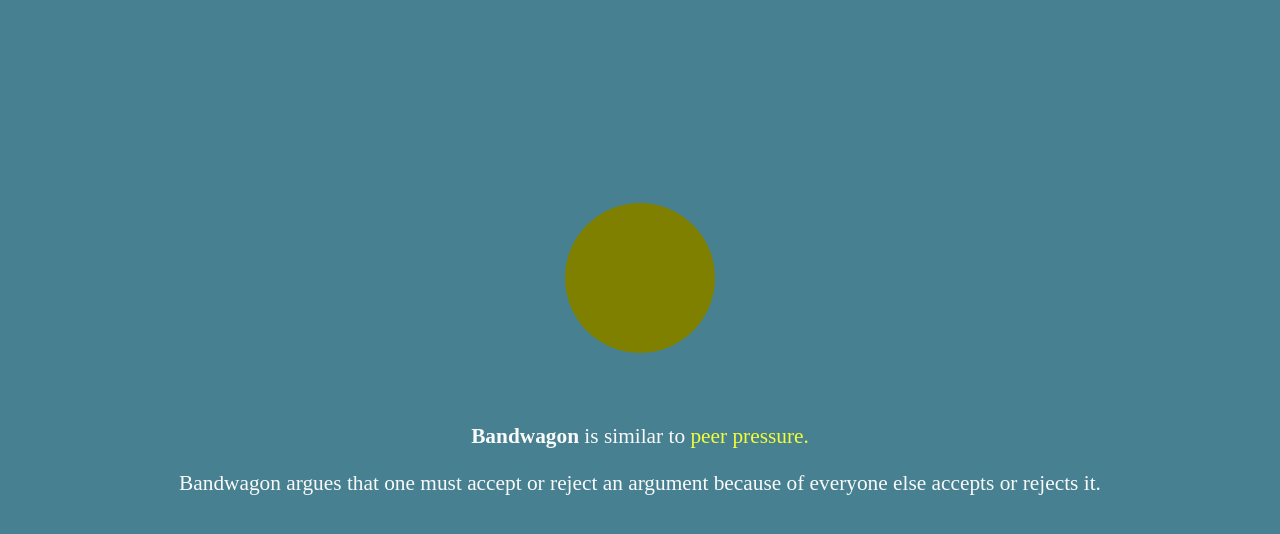
Repository: cindyvunguyen/fallacy
Page: index.html
The author's editor kept a copy of each file at every save. The page is drawn from the files as they stood at one save, then again after the next save.
The browser window is 1280 px wide. The pictures show the whole page.
Some web fonts or font styles are not loaded; a fallback is used.

Above is the page before, as saved 2020-03-13 20:00:53.
Console error: SyntaxError: Unexpected token 'function'

After the next save:
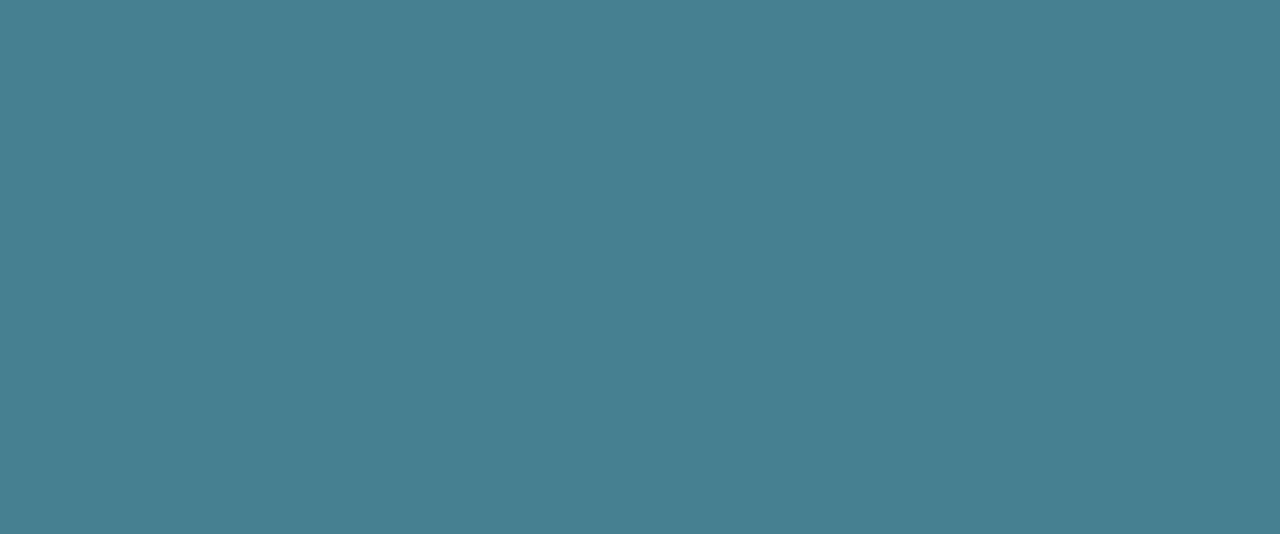
Saved 14 s later.
--- a/style.css
+++ b/style.css
@@ -195,8 +195,8 @@
 #three-fallacies-page {
     width: 100vw;
     height: 100vh;
-    display: flex;
-    /* display: none; */
+    /* display: flex; */
+    display: none;
     flex-direction: column;
     align-items: center;
     justify-content: center;

After the 2 saves that followed:
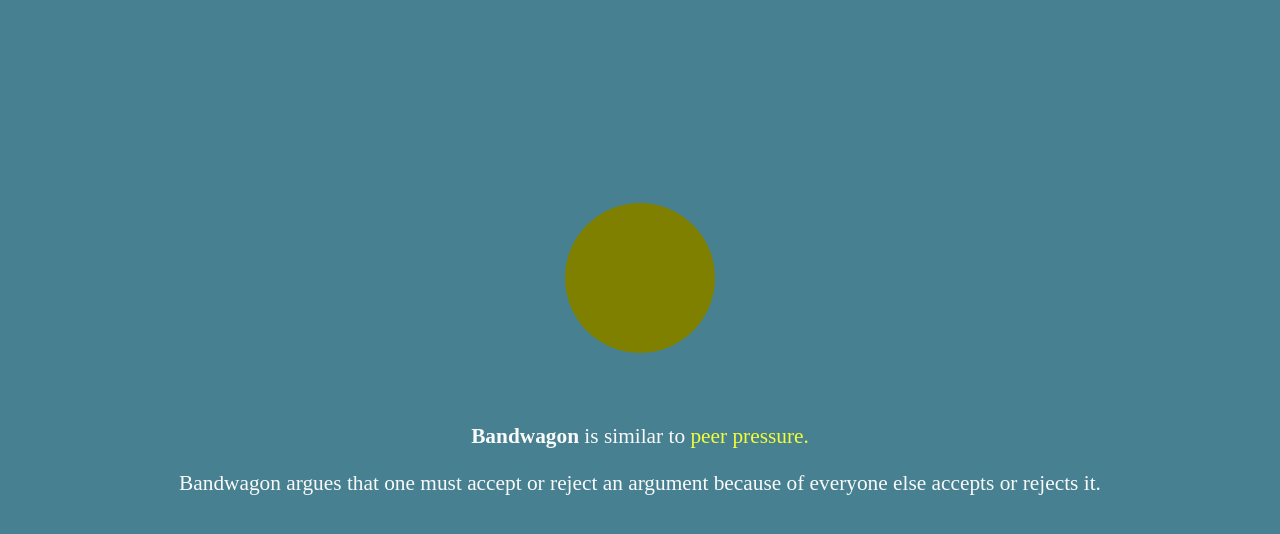
The 2 saves are shown as one change because 1 left the picture as it was.
The last was saved 42 s later.
--- a/index.html
+++ b/index.html
@@ -56,7 +56,9 @@
             <span id="r2-bold">A fallacy</span> is when someone is using <span id="r2-emphasis"> bad reasoning</span> when trying to make a point or argument.
         </div> -->
 
-        <div id="fallacy-review-page"></div>
+        <div id="fallacy-review-page">
+
+        </div>
 
         <div id="three-fallacies-page" onclick="fallacyChange()">
             <div id="icon"></div>
--- a/style.css
+++ b/style.css
@@ -195,8 +195,8 @@
 #three-fallacies-page {
     width: 100vw;
     height: 100vh;
-    /* display: flex; */
-    display: none;
+    display: flex;
+    /* display: none; */
     flex-direction: column;
     align-items: center;
     justify-content: center;
